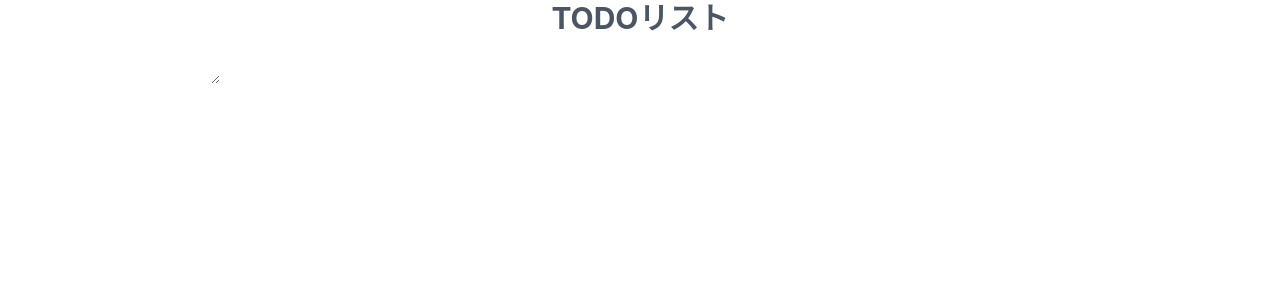
Repository: 1718wani/tsmemoapp
Page: /
An editor plug-in stored every save of this project. The page is shown before and after the next save, followed by the edit.
The browser window is 1280 px wide. The pictures show the whole page.
The project was rebuilt for these pictures with package versions that can differ from the ones it lists, and the page was loaded fresh each time. Also part of the build but not shown: webpack.config.js, src/App.css.

Above is the page before, as saved 2023-06-10 20:06:52.

After the next save:
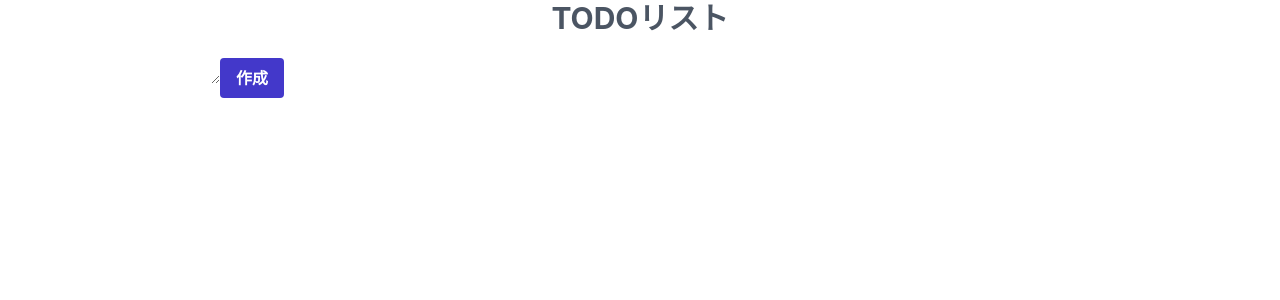
Saved 4 min 15 s later.
--- a/src/App.tsx
+++ b/src/App.tsx
@@ -62,7 +62,7 @@ function App() {
             onChange={(e) => handleChange(e)}
             className="inputText"
           />
-          <input type="submit" value="作成" className="btn" />
+          <input type="submit" value="作成" className="bg-indigo-700 font-semibold text-white py-2 px-4 rounded " />
         </form>
         <div>
           {imagePreview && <img src={imagePreview} alt="Pasted preview" />}
